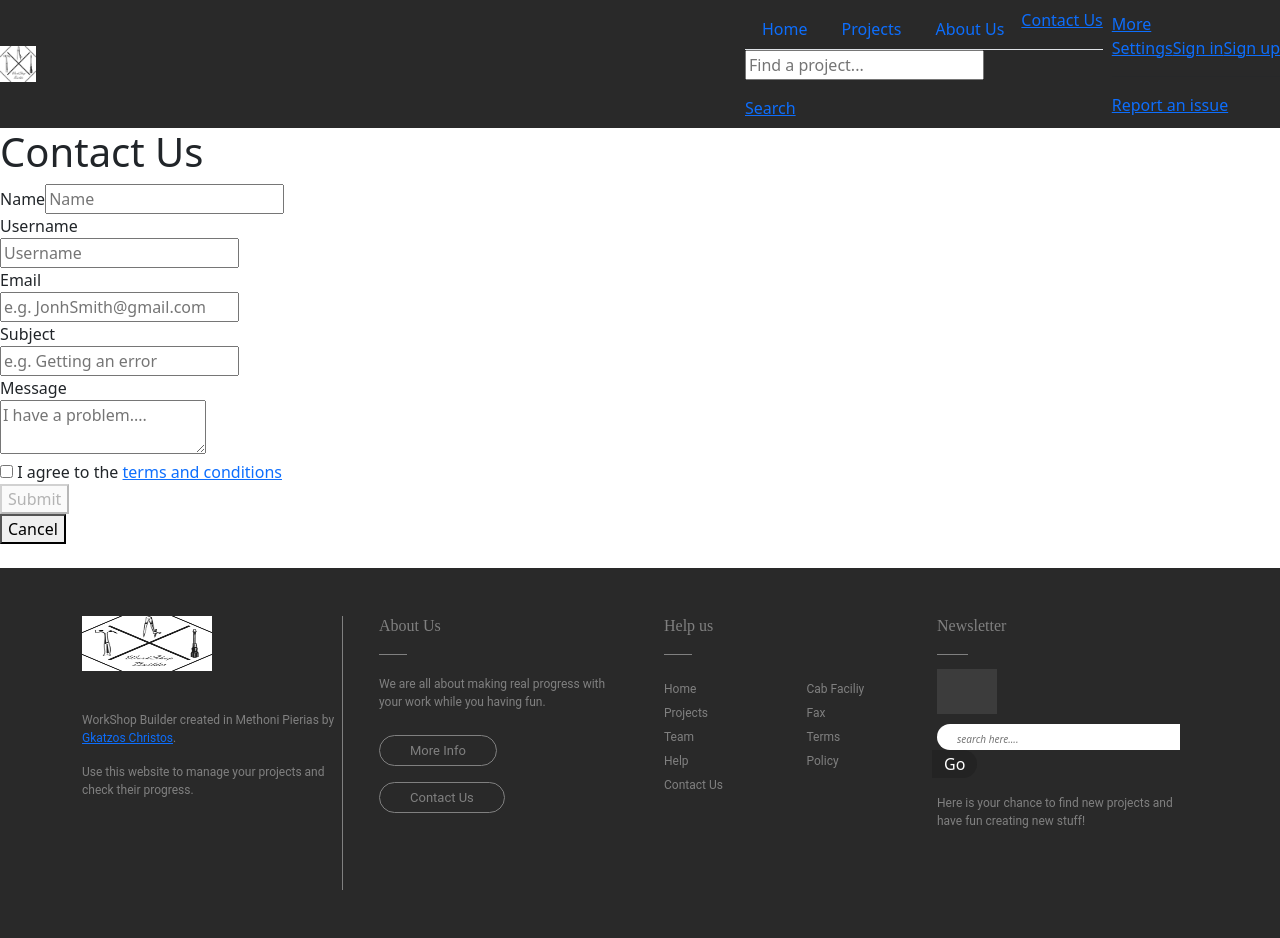
Repository: GkatzosChristos/workshop-builder-ui
Page: /contactUs (app in workshop-builder-ui/)
These files come from the project's save history. The page is drawn as it stood at one moment and after a run of saves; the edit follows.
The browser window is 1280 px wide. The pictures show the whole page.
The project was rebuilt for these pictures with package versions that can differ from the ones it lists, and the page was loaded fresh each time. Also part of the build but not shown: workshop-builder-ui/angular.json, workshop-builder-ui/src/app/about-us/about-us.component.ts, workshop-builder-ui/src/app/home/home.component.ts, workshop-builder-ui/src/app/project/project.component.ts.

Above is the page before, as saved 2021-08-27 16:40:00.

### workshop-builder-ui/src/index.html
<!doctype html>
<html lang="en">
<head>
  <meta charset="utf-8">
  <title>WorkshopBuilderUI</title>
  <base href="/">
  <meta name="viewport" content="width=device-width, initial-scale=1">
  <link rel="icon" type="image/x-icon" href="favicon.ico">
</head>

<body>
  <app-root></app-root>
</body>

</html>

### workshop-builder-ui/src/app/app.module.ts
import { NgModule } from '@angular/core';
import { BrowserModule } from '@angular/platform-browser';
import { FormsModule } from '@angular/forms';
import { AppRoutingModule } from './app-routing.module';
import { AppComponent } from './app.component';
import { HeaderComponent } from './header/header.component';
import { FooterComponent } from './footer/footer.component';
import { ContactUsComponent } from './contact-us/contact-us.component';
import { AboutUsComponent } from './about-us/about-us.component';
import { ProjectsComponent } from './project/project.component';
import { HomeComponent } from './home/home.component';

@NgModule({
  declarations: [
    AppComponent,
    HeaderComponent,
    FooterComponent,
    ContactUsComponent,
    AboutUsComponent,
    ProjectsComponent,
    HomeComponent
  ],
  imports: [
    BrowserModule,
    AppRoutingModule,
    FormsModule
  ],
  providers: [],
  bootstrap: [AppComponent]
})
export class AppModule { }

### workshop-builder-ui/src/app/app-routing.module.ts
import { NgModule } from '@angular/core';
import { RouterModule, Routes } from '@angular/router';
import { AboutUsComponent } from './about-us/about-us.component';
import { ContactUsComponent } from './contact-us/contact-us.component';
import { HomeComponent } from './home/home.component';
import { ProjectsComponent } from './project/project.component';

const routes: Routes = [
  {
    path: '',
    component: HomeComponent
  },
  {
    path: 'contactUs',
    component: ContactUsComponent
  },
  {
    path: 'aboutUs',
    component: AboutUsComponent
  },
  {
    path: 'projects',
    component: ProjectsComponent
  },
];

@NgModule({
  imports: [RouterModule.forRoot(routes)],
  exports: [RouterModule]
})
export class AppRoutingModule { }

### workshop-builder-ui/src/app/app.component.ts
import { Component } from '@angular/core';

@Component({
  selector: 'app-root',
  templateUrl: './app.component.html',
  styleUrls: ['./app.component.scss']
})
export class AppComponent {
  title = 'workshop-builder-ui';
}

### workshop-builder-ui/src/app/contact-us/contact-us.component.ts
import { Component, OnInit } from '@angular/core';
import { FormGroup } from '@angular/forms';

@Component({
  selector: 'app-contact-us',
  templateUrl: 'contact-us.html',
  styles: [
  ]
})
export class ContactUsComponent implements OnInit {
  name: string='';
  username: string='';
  email: string='';
  subject: string='';
  message: string='';


  constructor() { }

  ngOnInit(): void {
  }

  submitForm(){
    const result = `${this.name}, your submission was successful! We will contact you at ${this.email} as soon as possible!`;
    alert(result);
  }

  onReset(){
    location.reload();
  }

}

### workshop-builder-ui/src/app/header/header.component.html
<head>
    <title>header</title>
    <meta charset="utf-8">
</head>
<header>
    <nav class="navbar" role="navigation" aria-label="main navigation">
        <div class="navbar-brand">
            <a class="navbar-item" routerLink="/">
                <img src="/assets/images/workshop_logo.jpg" alt="WorkShop Builder">
            </a>
        </div>
        <div id="navbar" class="navbar-menu has-text-centered">
            <ul class="nav nav-tabs">
                <li class="nav-item">
                    <a class="nav-link" routerLink="/"><i class="fa fa-home mr-1"
                            aria-hidden="true"></i>Home</a>
                </li>
                <li class="nav-item">
                    <a class="nav-link" routerLink="/projects"><i class="fa fa-tasks mr-1"
                            aria-hidden="true"></i>Projects</a>
                </li>
                <li class="nav-item">
                    <a class="nav-link" routerLink="/aboutUs"><i class="fa fa-building mr-1"
                            aria-hidden="true"></i>About Us</a>
                </li>
                <li class="nav-item">
                    <a class="navbar-item has-text-white " routerLink="/contactUs"><i class="fa fa-envelope mr-1"
                            aria-hidden="true"></i>Contact Us</a>
                </li>
            </ul>

            <div class="control has-addons">
                <p class="control is-expanded"><input class="input" type="text" placeholder="Find a project..."></p>
            </div>
            <div class="control">
                <a class="button is-light is-outlined">
                    Search
                </a>
            </div>
        </div>
        <div class="navbar-end">
            <div class="navbar-item has-dropdown is-hoverable">
                <a class="navbar-link has-text-white">
                    More
                </a>
                <div class="navbar-dropdown is-right has-background-dark ">
                    <a class="navbar-item has-text-white" href="#"><i class="fa fa-cog mr-1"
                            aria-hidden="true"></i>Settings</a>
                    <a class="navbar-item has-text-white" href="#"><i class="fa fa-sign-in mr-1"
                            aria-hidden="true"></i>Sign in</a>
                    <a class="navbar-item has-text-white" href="#"><i class="fa fa-user-plus mr-1"
                            aria-hidden="true"></i>Sign up</a>
                    <hr class="navbar-divider">
                    <a class="navbar-item has-text-white" href="/contactUs"><i class="fa fa-exclamation-triangle mr-1"
                            aria-hidden="true"></i>Report an issue</a>
                </div>
            </div>
        </div>
    </nav>
</header>

### workshop-builder-ui/src/app/header/header.component.scss
img {
    height: 5%;
    width: 5%;
}

nav {
    background: #292929;
}
 body {
    font-family: 'Signika', sans-serif;
 }

### workshop-builder-ui/src/app/footer/footer.component.html
<head>
    <title>Footer</title>
    <meta charset="utf-8">
</head>
<footer class="container-fluid bg-grey py-5">
    <div class="container">
        <div class="row">
            <div class="col-md-6">
                <div class="row">
                    <div class="col-md-6 ">
                        <div class="logo-part">
                            <img src="/assets/images/workshop_logo.jpg" class="w-50 logo-footer">
                            <p>WorkShop Builder created in Methoni Pierias by <a
                                    href="https://www.linkedin.com/in/christos-gkatzos/">Gkatzos Christos</a>.</p>
                            <p>Use this website to manage your projects and check their progress.</p>
                        </div>
                    </div>
                    <div class="col-md-6 px-4">
                        <h6> About Us</h6>
                        <p>We are all about making real progress with your work while you having fun.</p>
                        <a href="#" class="btn-footer"> More Info </a><br>
                        <a href="#" class="btn-footer"> Contact Us</a>
                    </div>
                </div>
            </div>
            <div class="col-md-6">
                <div class="row">
                    <div class="col-md-6 px-4">
                        <h6> Help us</h6>
                        <div class="row ">
                            <div class="col-md-6">
                                <ul>
                                    <li> <a href="#"> Home</a> </li>
                                    <li> <a href="#"> Projects</a> </li>
                                    <li> <a href="#"> Team</a> </li>
                                    <li> <a href="#"> Help</a> </li>
                                    <li> <a href="#"> Contact Us</a> </li>
                                </ul>
                            </div>
                            <div class="col-md-6 px-4">
                                <ul>
                                    <li> <a href="#"> Cab Faciliy</a> </li>
                                    <li> <a href="#"> Fax</a> </li>
                                    <li> <a href="#"> Terms</a> </li>
                                    <li> <a href="#"> Policy</a> </li>
                                </ul>
                            </div>
                        </div>
                    </div>
                    <div class="col-md-6 ">
                        <h6> Newsletter</h6>
                        <div class="social">
                            <a href="#"><i class="fa fa-facebook mr-1" aria-hidden="true"></i></a>
                            <a href="#"><i class="fa fa-instagram" aria-hidden="true"></i></a>
                        </div>
                        <form class="form-footer my-3">
                            <input type="text" placeholder="search here...." name="search">
                            <input type="button" value="Go">
                        </form>
                        <p>Here is your chance to find new projects and have fun creating new stuff!</p>
                    </div>
                </div>
            </div>
        </div>
    </div>
</footer>

### workshop-builder-ui/src/app/footer/footer.component.scss
body {
    font-family: 'Signika', sans-serif;
 }
 .bg-grey {
    background: #292929;
 }
 .logo-footer {
    margin-bottom: 40px;
 }
 footer {
    color: grey;
 }
 footer p, a {
    font-size: 12px;
    font-family: 'Roboto', sans-serif;
}
footer h6 {
    font-family: 'Playfair Display', serif;
    margin-bottom: 40px;
    position: relative;
}
footer h6:after {
    position: absolute;
    content: "";
    background: grey;
    width: 12%;
    height: 1px;
    left: 0;
    bottom: -20px;
}
.btn-footer {
    color: grey;
    text-decoration: none;
    border: 1px solid;
    border-radius: 43px;
    font-size: 13px;
    padding: 7px 30px;
    line-height: 47px;
 }

 .btn-footer:hover {
    text-decoration: none;
 }

.form-footer input[type="text"] {
    border: none;
    border-radius: 16px 0 0 16px;
    outline: none;
    padding-left: 10px;
}

::placeholder {
    font-size: 10px;
    padding-left: 10px;
    font-style: italic;
}

.form-footer input[type="button"] {
    border: none;
    background:#232323;
    margin-left: -5px;
    color: #fff;
    outline: none;
    border-radius: 0 16px 16px 0;
    padding: 2px 12px;
}

.social .fa {
    color: grey;
    font-size: 22px;
    padding: 10px 15px;
    background: #3c3c3c;
}

footer ul li {
    list-style: none;
    display: block;
}

footer ul  {
    padding-left: 0;
}
footer ul  li a{
    text-decoration: none;
    color: grey;
    text-decoration:none;
}

a:hover {
    text-decoration: none;
    color: #f5f5f5 !important;
}

.logo-part {
    border-right: 1px solid grey;
    height: 100%;
}

img {
    height: 20%;
    width: 20%;
}

### workshop-builder-ui/src/app/contact-us/contact-us.html
<h1 class="title has-text-centered">Contact Us</h1>
<body>
  <section>
      <form (ngSubmit)="submitForm()" #contactForm="ngForm">
        <div class="field">
        <div class="field">
          <label class="label has-text-centered">Name</label>
          <input
            class="input"
            type="text"
            name="name"
            placeholder="Name"
            [(ngModel)]="name"
            #nameInput="ngModel"
            required>
            <div class="help is-error" *ngIf="nameInput.invalid && nameInput.touched">
                <p class="help is-danger">This username is required!</p>
            </div>
            <div class="help is-error" *ngIf="nameInput.valid && nameInput.dirty">
                <p class="help is-success">This username is Availible!</p>
            </div>
        </div>
        <div class="field column is-4">
          <label class="label has-text-centered">Username</label>
          <div class="control has-icons-left has-icons-right">
            <input
              class="input"
              type="text"
              name="usename"
              placeholder="Username"
              [(ngModel)]="username"
              #usernameInput="ngModel"
              required>
            <span class="icon is-small is-left">
              <i class="fa fa-user"></i>
            </span>
            <div class="help is-error" *ngIf="usernameInput.invalid && usernameInput.touched">
                <p class="help is-danger">This username is required!</p>
            </div>
            <div class="help is-error" *ngIf="usernameInput.valid && usernameInput.dirty">
                <p class="help is-success">This username is Availible!</p>
            </div>
          </div>
        </div>

        <div class="field column is-4">
          <label class="label has-text-centered">Email</label>
          <div class="control has-icons-left">
            <input
              class="input"
              type="email"
              name="email"
              placeholder="e.g. JonhSmith@gmail.com"
              #emailInput="ngModel"
              [(ngModel)]="email"
              required
              email>
            <span class="icon is-small is-left">
              <i class="fa fa-envelope"></i>
            </span>
            <div class="help is-error is-danger" *ngIf="emailInput.invalid && emailInput.touched">
                <p class="help is-danger">The email required and must be valid!</p>
            </div>
            <div class="help is-error" *ngIf="emailInput.valid && emailInput.dirty">
                <p class="help is-success">This email is valid!</p>
            </div>
          </div>
        </div>

        <div class="field column is-4">
          <label class="label has-text-centered">Subject</label>
          <div class="control">
            <input class="input is-expand" type="text" name="subject" placeholder="e.g. Getting an error" [(ngModel)]="subject">
          </div>
        </div>

        <div class="field column is-4 ">
          <label class="label has-text-centered">Message</label>
          <div class="control">
            <textarea class="textarea" name="message" placeholder="I have a problem...." [(ngModel)]="message"></textarea>
          </div>
        </div>

        <div class="field">
          <div class="control">
            <label class="checkbox">
              <input type="checkbox"
              #checkboxInput>
              I agree to the <a href="#">terms and conditions</a>
            </label>
          </div>
        </div>

        <div class="field is-grouped mb-4 is-grouped-centered">
          <div class="control">
            <button class="button is-link" [disabled]="contactForm.invalid">Submit</button>
          </div>
          <div class="control">
            <button class="button is-link is-light" type="reset" (click)="onReset()" >Cancel</button>
          </div>
        </div>
        </div>
      </form>
  </section>
  </body>

Loaded but not shown: workshop-builder-ui/src/styles.scss (common file); workshop-builder-ui/src/main.ts (common file); workshop-builder-ui/src/environments/environment.ts (common file); workshop-builder-ui/src/app/header/header.component.ts (common file); workshop-builder-ui/src/app/footer/footer.component.ts (common file); workshop-builder-ui/src/app/app.component.html (common file); workshop-builder-ui/src/app/app.component.scss (no stored copy; drawn as an empty file); workshop-builder-ui/src/app/project/project.scss (no stored copy; drawn as an empty file)

After the next 3 saves:
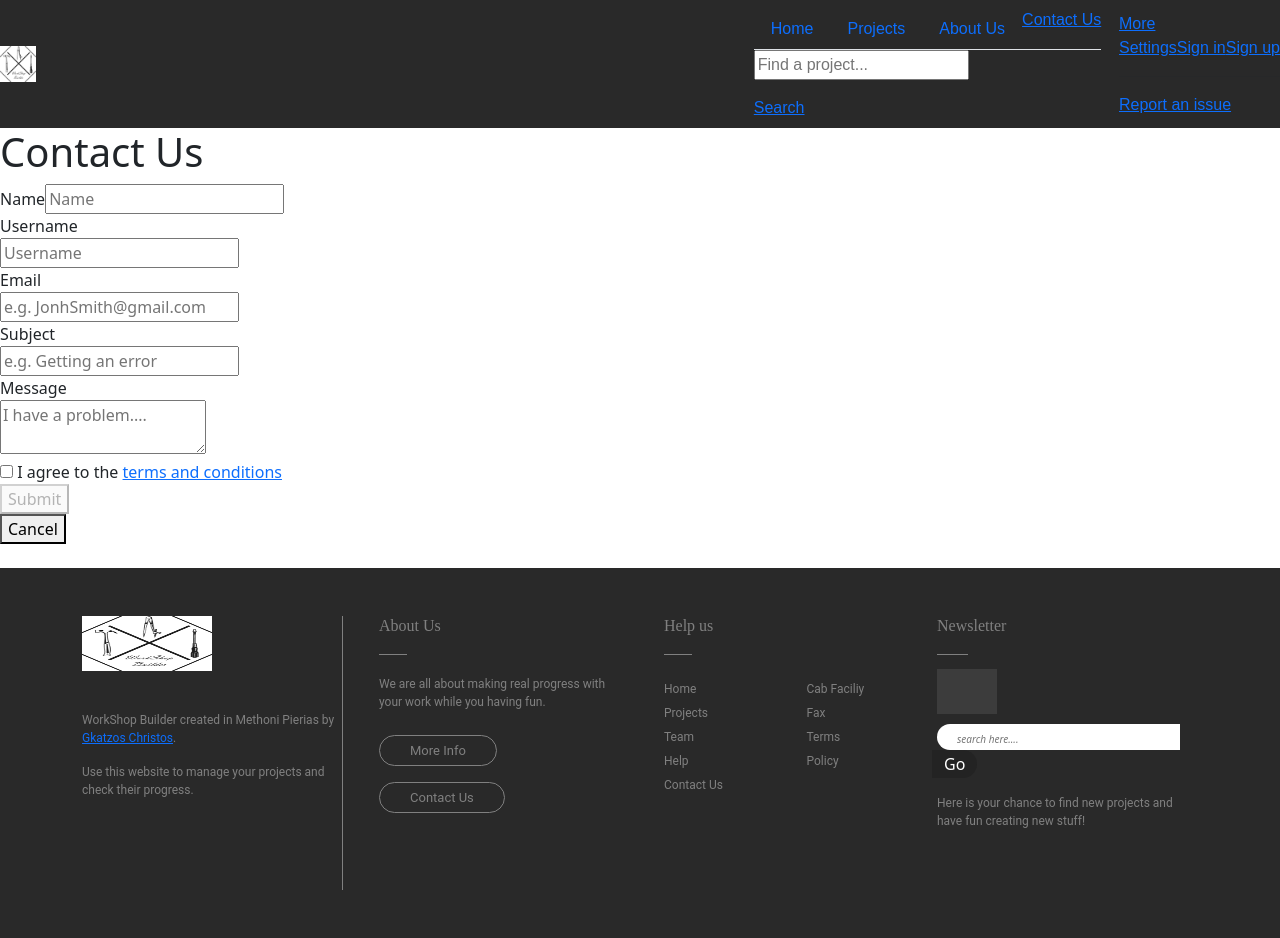
The 3 saves are shown as one change because they came seconds apart.
The last was saved 34 s later.
--- a/workshop-builder-ui/src/app/header/header.component.scss
+++ b/workshop-builder-ui/src/app/header/header.component.scss
@@ -6,6 +6,7 @@ img {
 nav {
     background: #292929;
 }
- body {
+
+header {
     font-family: 'Signika', sans-serif;
  }
